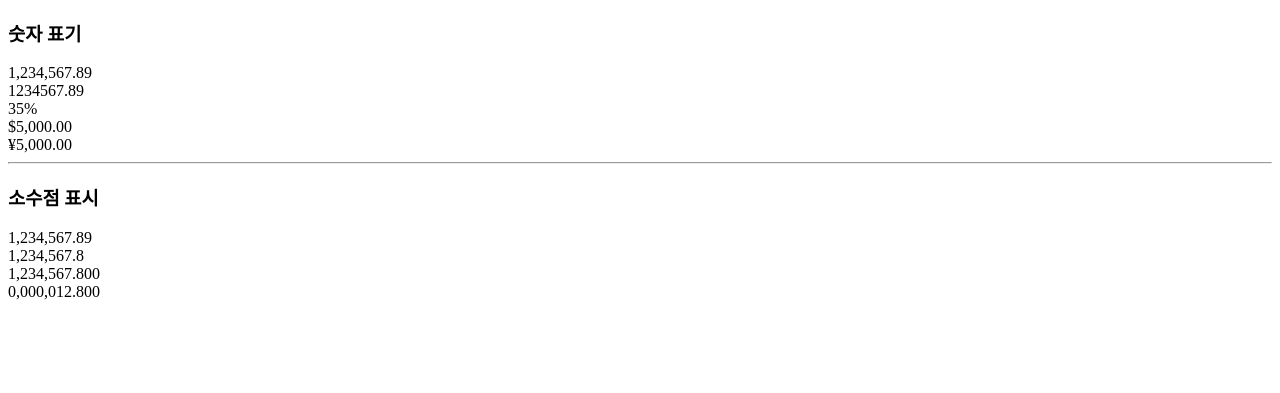
Repository: YooMyeongSeon/JSP_Servlet_Study
Page: http://localhost/web07/Ex_21.jsp
The author's editor kept a copy of each file at every save. The page is drawn from the files as they stood at one save, then again after the next save.
The browser window is 1280 px wide. The pictures show the whole page.
The page is served by Tomcat 9. Other server files are loaded and not shown.

Above is the page before, as saved 2022-06-10 07:34:11.

### web07/WebContent/Ex_21.jsp
<%@ page language="java" contentType="text/html; charset=UTF-8"
    pageEncoding="UTF-8"%>
<%@ taglib prefix="fmt" uri="http://java.sun.com/jsp/jstl/fmt" %>
<!DOCTYPE html>
<html>
<head>
<meta charset="UTF-8">
<title>Insert title here</title>
</head>
<body>
	<h3>숫자 표기</h3>
	<fmt:formatNumber value="1234567.89" var="number"/> <!-- 1,234,567.89 -->
	${number}<br>
	<fmt:formatNumber value="1234567.89" groupingUsed="false" /><br> <!-- 1234567.89 -->
	<fmt:formatNumber value=".35" type="percent"/><br> <!-- 35% -->
	<fmt:formatNumber value="5000" type="currency"/><br> <!-- ₩5000 -->
	<fmt:formatNumber value="5000" type="currency" currencySymbol="¥"/> <!-- ¥5000 -->
	<hr>
	<h3>소수점 표시</h3>
	<fmt:formatNumber value="1234567.891234567" pattern="#,#00.0#"/><br> <!-- 1,s234,567.89 -->
	<fmt:formatNumber value="1234567.8" pattern="#,#00.0#"/><br> <!-- 1,234,567.8 -->
	<fmt:formatNumber value="1234567.8" pattern="#,#00.000"/><br> <!-- 1,234,567.800 -->
	<fmt:formatNumber value="12.8" pattern="0,000,000.000"/><br> <!-- 0,000,012.800 -->
</body>
</html>

After the next save:
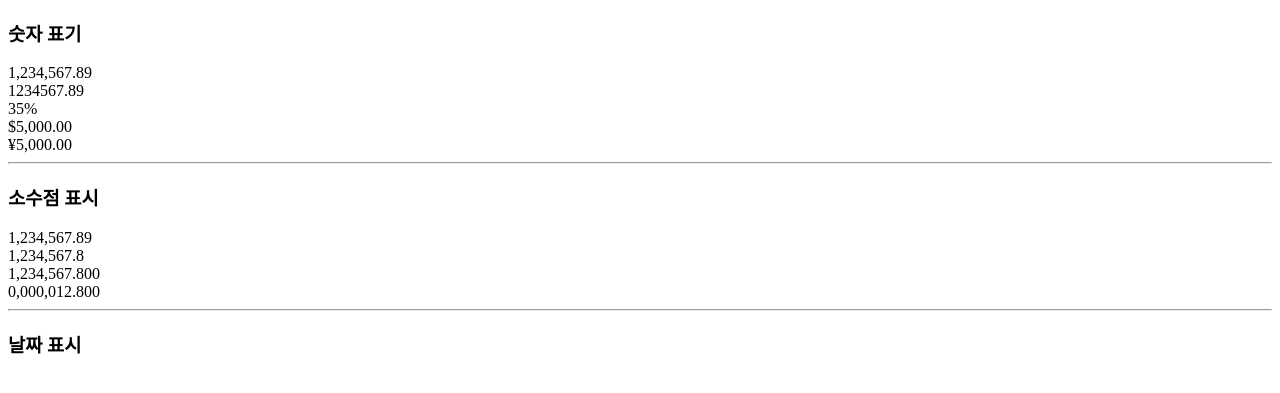
Saved 15 s later.
--- a/web07/WebContent/Ex_21.jsp
+++ b/web07/WebContent/Ex_21.jsp
@@ -21,5 +21,8 @@
 	<fmt:formatNumber value="1234567.8" pattern="#,#00.0#"/><br> <!-- 1,234,567.8 -->
 	<fmt:formatNumber value="1234567.8" pattern="#,#00.000"/><br> <!-- 1,234,567.800 -->
 	<fmt:formatNumber value="12.8" pattern="0,000,000.000"/><br> <!-- 0,000,012.800 -->
+	<hr>
+	<h3>날짜 표시</h3>
+
 </body>
 </html>
